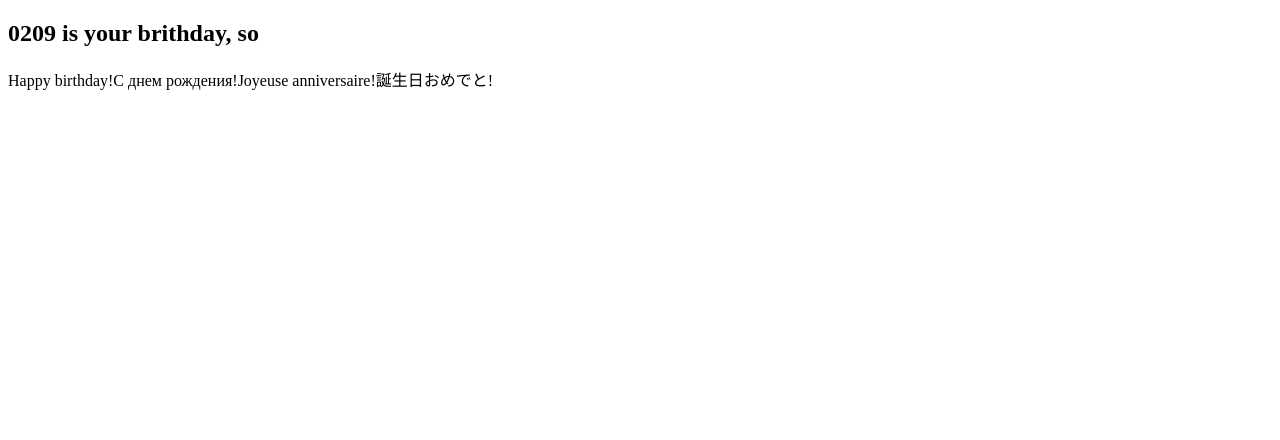
Repository: Caococos/02-09
Page: /
An editor plug-in stored every save of this project. The page is shown before and after the next save, followed by the edit.
The browser window is 1280 px wide. The pictures show the whole page.
The project was rebuilt for these pictures with package versions that can differ from the ones it lists, and the page was loaded fresh each time. Also part of the build but not shown: vue.config.js.

Above is the page before, as saved 2021-06-11 21:44:56.

### src/App.vue
<!--
 * @Descripttion:
 * @version: 1.0
 * @Author: Zhihaot1
 * @Date: 2021-06-11 21:03:51
 * @LastEditors: Zhihaot1
 * @LastEditTime: 2021-06-11 21:30:25
-->
<template>
  <div id="app">
    <router-view />
  </div>
</template>

<style>
</style>

### src/router/index.js
/*
 * @Descripttion:
 * @version: 1.0
 * @Author: Zhihaot1
 * @Date: 2021-06-11 21:03:51
 * @LastEditors: Zhihaot1
 * @LastEditTime: 2021-06-11 21:34:08
 */
import Vue from 'vue'
import VueRouter from 'vue-router'
import Home from 'views/home/Home.vue'

Vue.use(VueRouter)

const routes = [
  {
    path: '',
    redirect: '/home'
  },
  {
    path: '/home',
    name: 'Home',
    component: Home
  },
  // {
  //   path: '/about',
  //   name: 'About',
  //   // route level code-splitting
  //   // this generates a separate chunk (about.[hash].js) for this route
  //   // which is lazy-loaded when the route is visited.
  //   component: () => import(/* webpackChunkName: "about" */ '../views/About.vue')
  // }
]

const router = new VueRouter({
  mode: 'history',
  base: process.env.BASE_URL,
  routes
})

export default router

### src/views/home/Home.vue
<template>
  <div class="home">
    <h2>0209 is your brithday, so</h2>
    <span>Happy birthday!</span>
    <span>С днем рождения!</span>
    <span>Joyeuse anniversaire!</span>
    <span>誕生日おめでと!</span>
  </div>
</template>

<script>

export default {
  name: 'Home'
}
</script>
<style scoped>
</style>

Loaded but not shown: public/index.html (common file); src/main.js (common file)

After the next save:
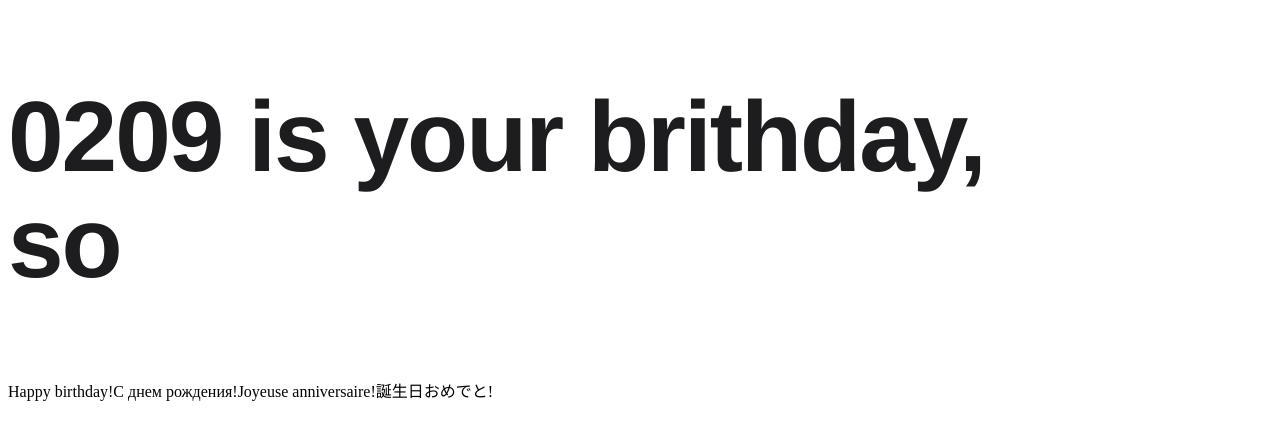
Saved 116 s later.
--- a/src/views/home/Home.vue
+++ b/src/views/home/Home.vue
@@ -15,4 +15,12 @@ export default {
 }
 </script>
 <style scoped>
+h2 {
+  width: 980px;
+  font-size: 100px;
+  font-family: Helvetica;
+  line-height: 1.06;
+  letter-spacing: -0.02em;
+  color: #1d1d1f;
+}
 </style>
